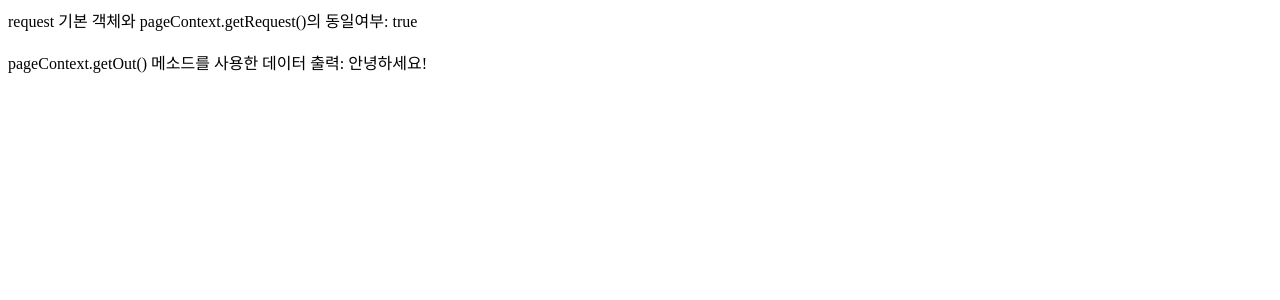
Repository: kwonminsung0/jspStudy
Page: http://localhost/jspStudy/implicit/pageex.jsp
These files come from the project's save history. The page is drawn as it stood at one moment and after the next save; the edit follows.
The browser window is 1280 px wide. The pictures show the whole page.
The page is served by Tomcat 9. Nobody is signed in. The application's start-up code is not run.

Above is the page before, as saved 2024-12-09 07:27:20.

After the next save:
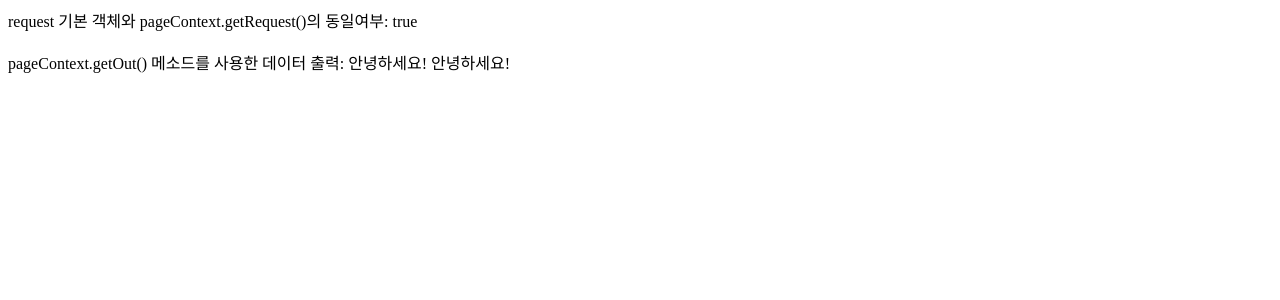
Saved 74 s later.
--- a/jspStudy/src/main/webapp/implicit/pageex.jsp
+++ b/jspStudy/src/main/webapp/implicit/pageex.jsp
@@ -7,11 +7,13 @@
 	<%
 	HttpServletRequest httpRequest = (HttpServletRequest) pageContext.getRequest();
 	%>
-	request 기본 객체와 pageContext.getRequest()의 동일여부:
-	<%=request == httpRequest%>
+	request 기본 객체와 pageContext.getRequest()의 동일여부: <%=request == httpRequest%>
 	<br></br> pageContext.getOut() 메소드를 사용한 데이터 출력:
 	<%
 	pageContext.getOut().println("안녕하세요!");
 	%>
+	<%
+		out.println("안녕하세요!");
+	%>
 </body>
 </html>
